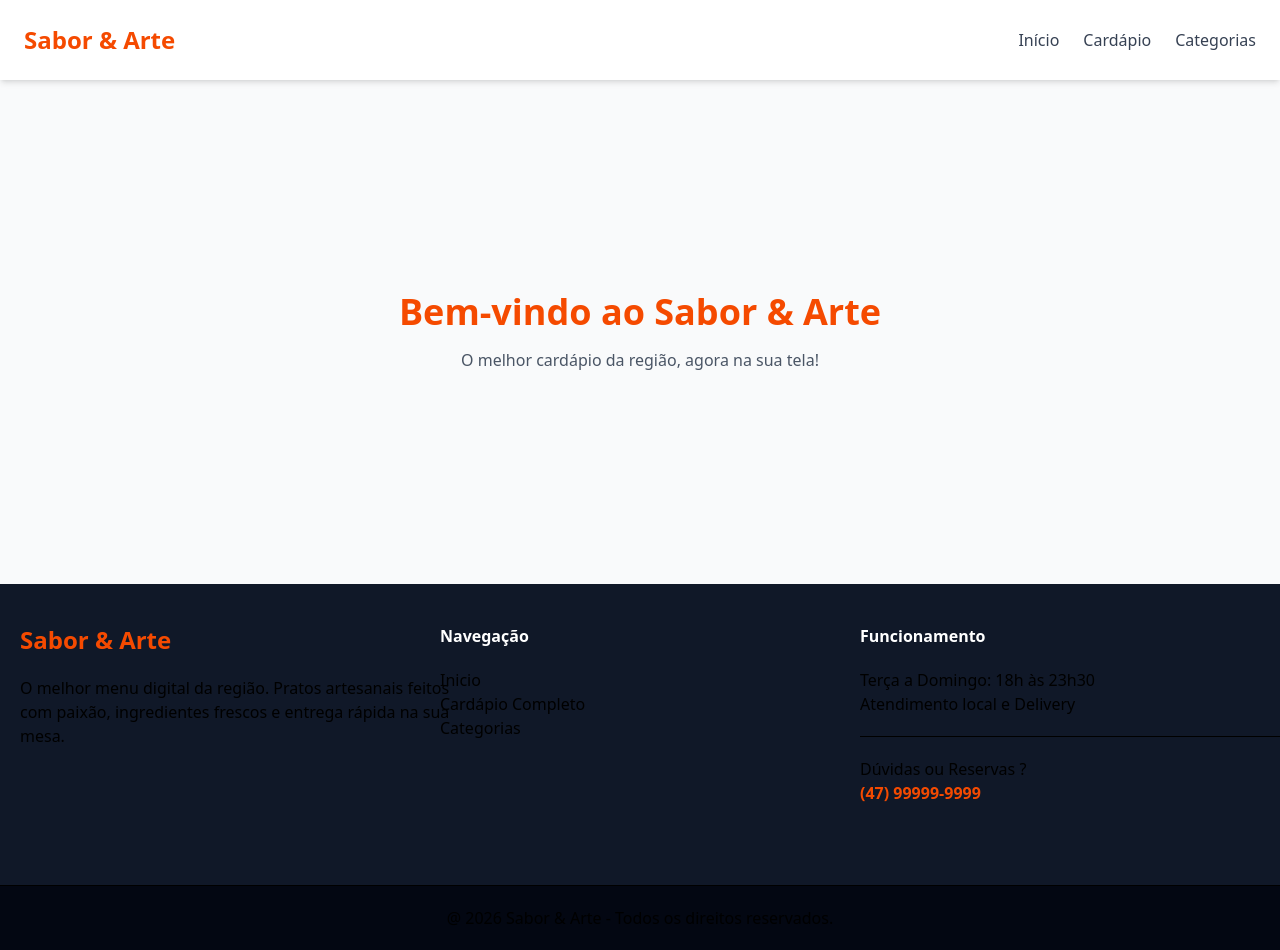
Repository: DiegoWWeege/pair-programming-next-js
Page: / (app in next-js-project/)
An editor plug-in stored every save of this project. The page is shown before and after a run of saves, followed by the edit.
The browser window is 1280 px wide. The pictures show the whole page.
The project was rebuilt for these pictures with package versions that can differ from the ones it lists, and the page was loaded fresh each time. The framework's server and built-in components were replaced by stand-ins that run in the browser. Also part of the build but not shown: next-js-project/next.config.ts.

Above is the page before, as saved 2026-09-18 18:54:27.

After the next 5 saves:
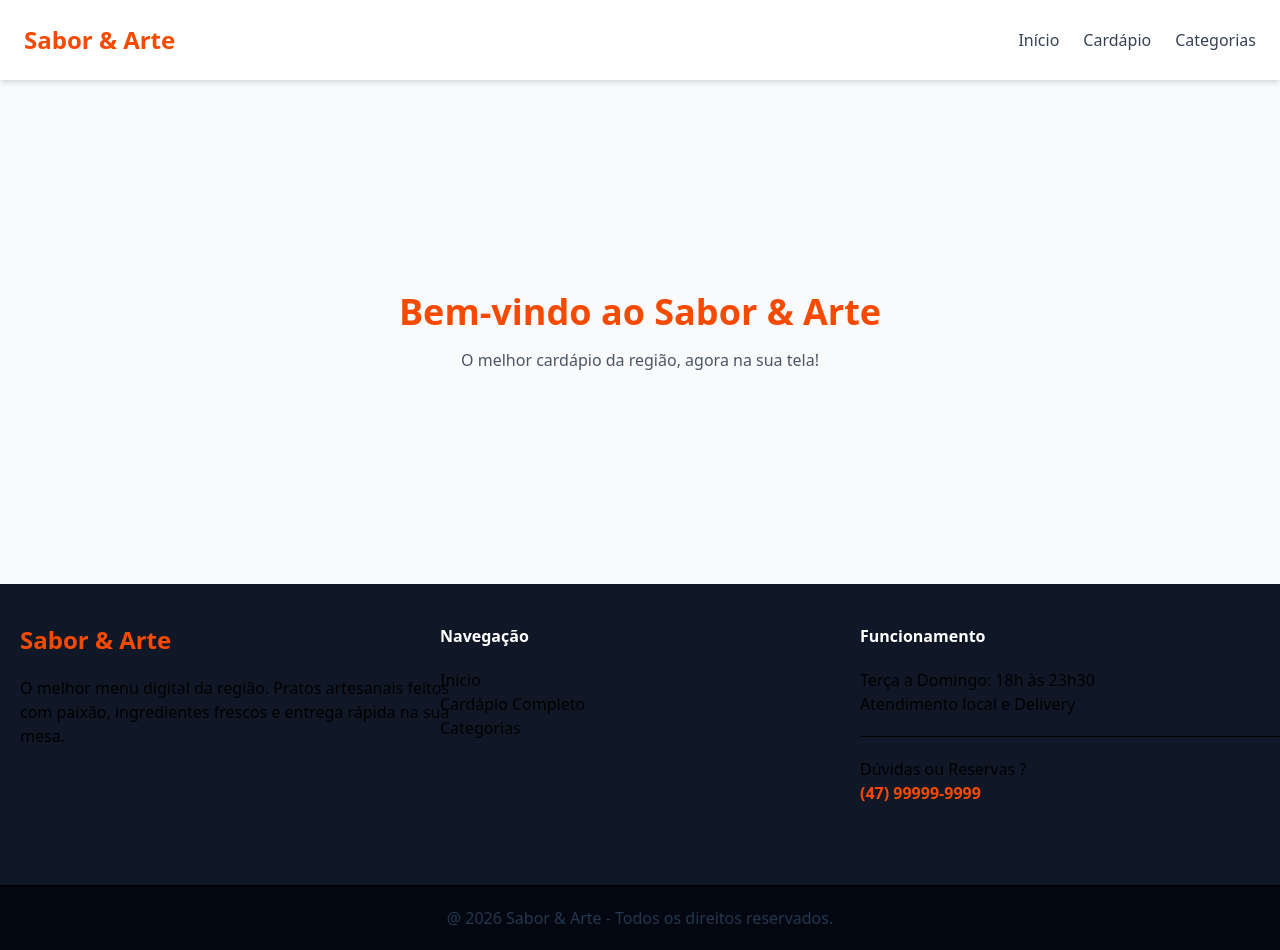
The 5 saves are shown as one change because they came seconds apart.
The last was saved 14 s later.
--- a/next-js-project/src/components/Footer.tsx
+++ b/next-js-project/src/components/Footer.tsx
@@ -53,7 +53,7 @@ export default function Footer(){
             <hr />
 
            <div className = "flex items-center justify-center p-5 bg-[#030712]">
-                    <p className="">@ 2026 Sabor & Arte - Todos os direitos reservados.</p>
+                    <p className="text-[#25374E]">@ 2026 Sabor & Arte - Todos os direitos reservados.</p>
             </div>
         </footer>
     )
